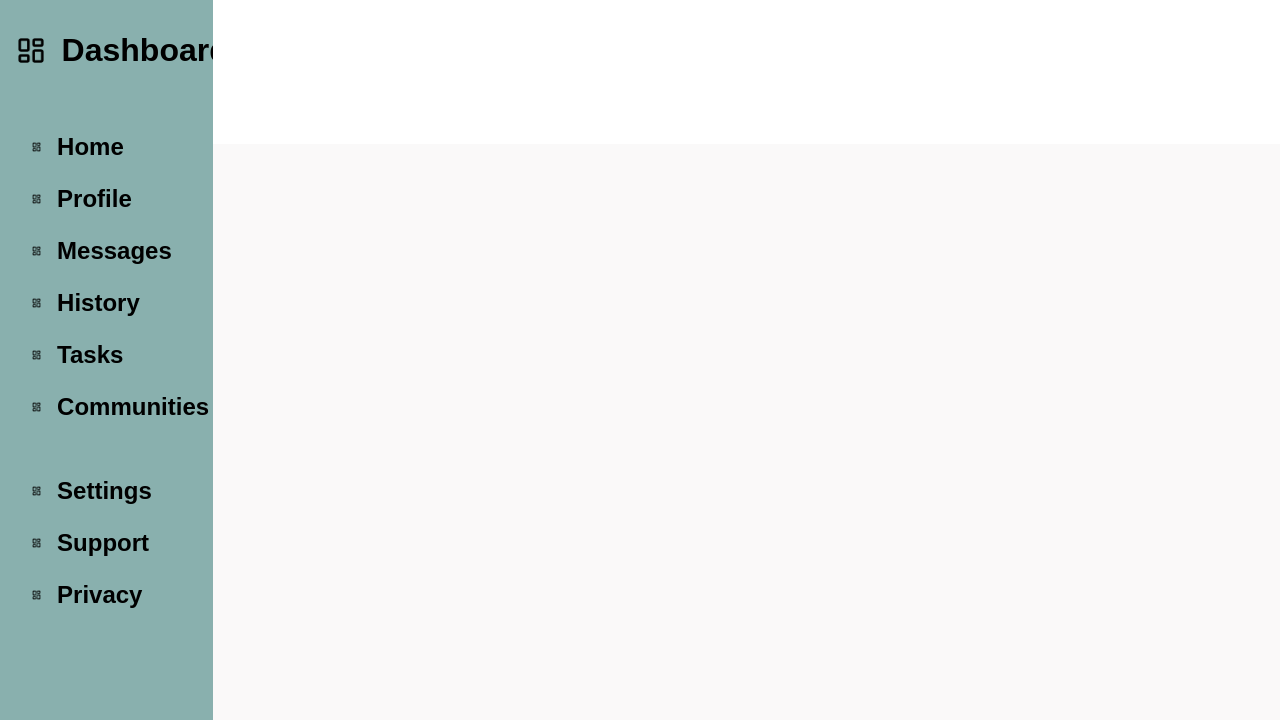
Repository: yeetzpxoci/dashboard
Page: index.html
An editor plug-in stored every save of this project. The page is shown before and after the next save, followed by the edit.
The browser window is 1280 px wide. The pictures show the whole page.

Above is the page before, as saved 2023-02-17 19:23:25.

After the next save:
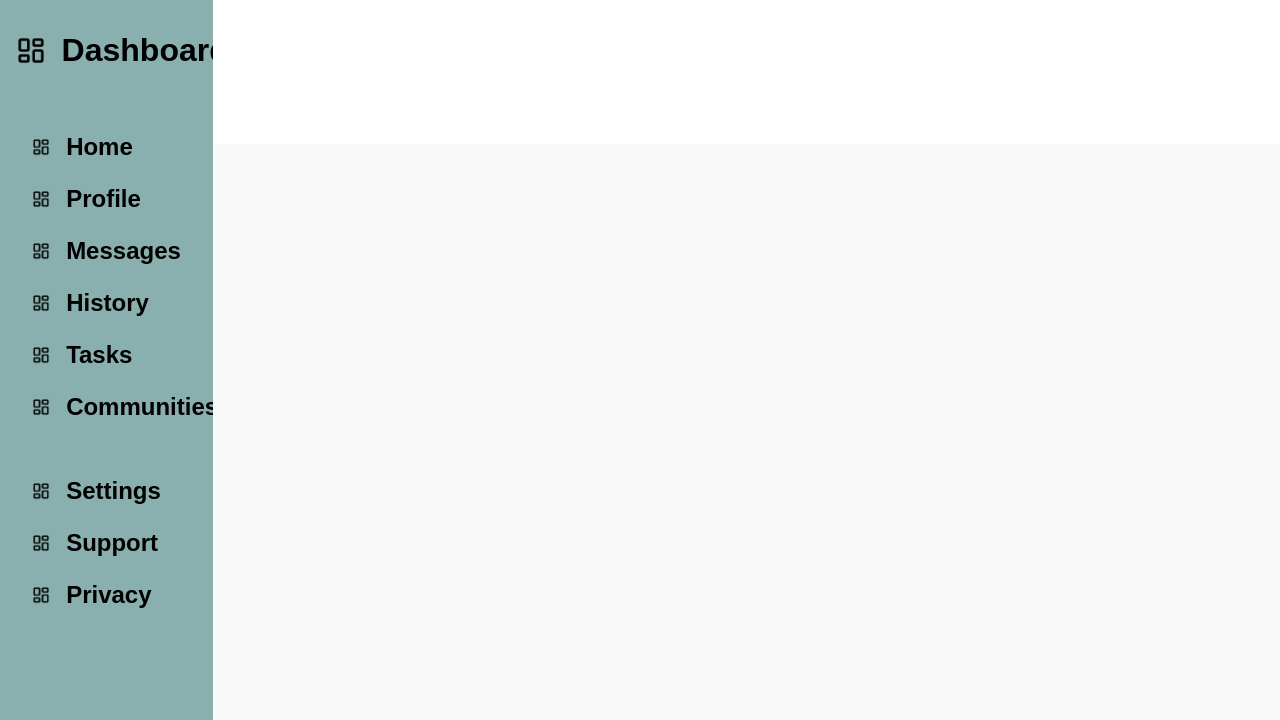
Saved 4 min 40 s later.
--- a/styles.css
+++ b/styles.css
@@ -56,7 +56,7 @@ body {
 }
 
 .icon img {
-    width: 5%;
+    width: 10%;
 }
 
 .header {
